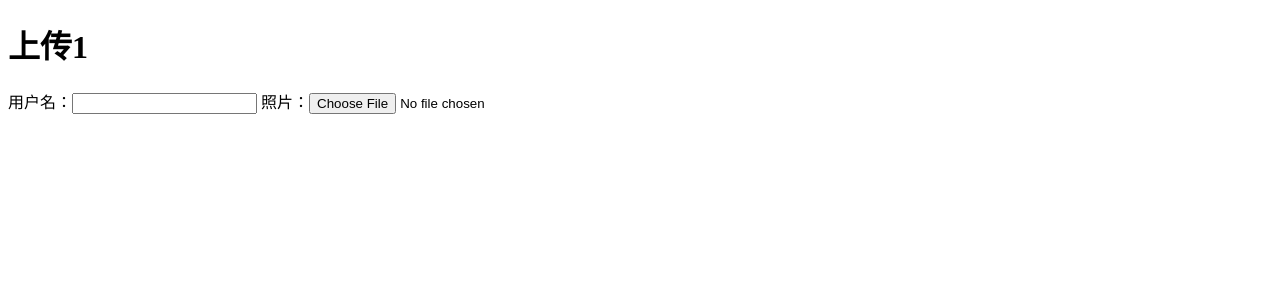
Repository: EthanZmr/myCode
Page: http://localhost/upload_download_email/upload/form3.jsp
An editor plug-in stored every save of this project. The page is shown before and after the next save, followed by the edit.
The browser window is 1280 px wide. The pictures show the whole page.
The page is served by Tomcat 9. Other server files are loaded and not shown.

Above is the page before, as saved 2018-12-20 10:49:13.

### upload_download_email/WebContent/upload/form3.jsp
<%@ page language="java" contentType="text/html; charset=UTF-8"
    pageEncoding="UTF-8"%>
<!DOCTYPE html>
<html>
<head>
<meta charset="UTF-8">
<title>Insert title here</title>
</head>
<body>
	<h1>上传1</h1>
	<form action="xxx" method="post" enctype="multipart/form-data">
		用户名：<input type="text" name="username"/>
		照片：<input type="file" name="picture"/>
	</form>
</body>
</html>

After the next save:
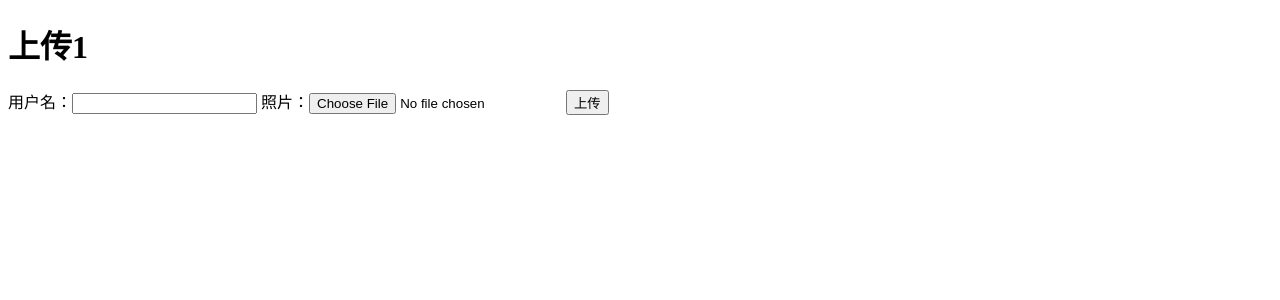
Saved 19 s later.
--- a/upload_download_email/WebContent/upload/form3.jsp
+++ b/upload_download_email/WebContent/upload/form3.jsp
@@ -11,6 +11,7 @@
 	<form action="xxx" method="post" enctype="multipart/form-data">
 		用户名：<input type="text" name="username"/>
 		照片：<input type="file" name="picture"/>
+		<input type="submit" value="上传"/>
 	</form>
 </body>
 </html>
